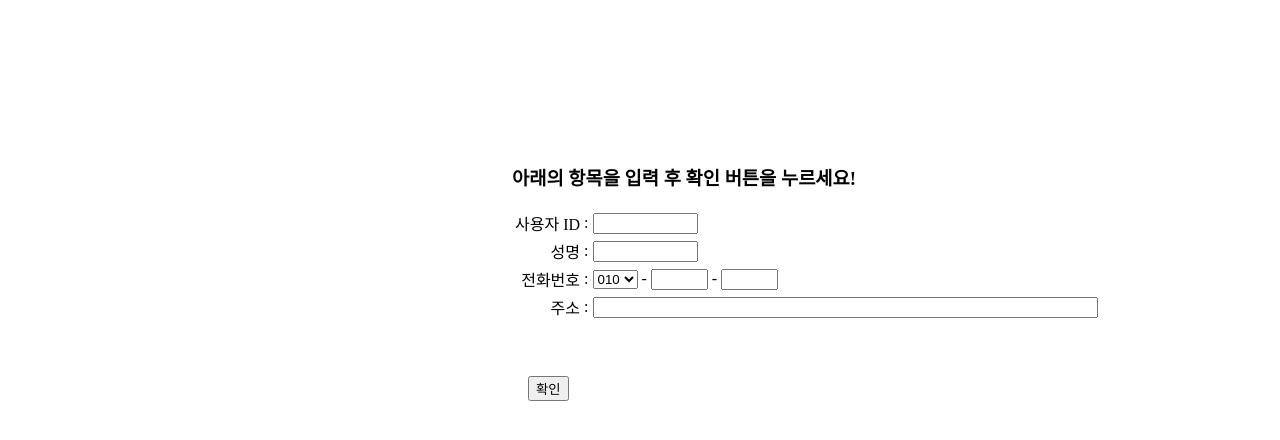
Repository: HyeogDo/Study_Java
Page: http://localhost/Quiz_04/insertLogin.jsp
These files come from the project's save history. The page is drawn as it stood at one moment and after the next save; the edit follows.
The browser window is 1280 px wide. The pictures show the whole page.
The page is served by Tomcat 9.

Above is the page before, as saved 2022-03-22 03:46:00.

### Servlets/Quiz_04/src/main/webapp/insertLogin.jsp
<%@ page language="java" contentType="text/html; charset=UTF-8"
    pageEncoding="UTF-8"%>
<!DOCTYPE html>
<html>
	<head>
		<meta charset="UTF-8">
		<title>Insert title here</title>
	</head>
	<script type="text/javascript">
		function loginCheck() {
			var f = document.formLogin
			var regExpId = /^[a-z|A-Z|ㄱ-ㅎ|ㅏ-ㅣ|가-힣]/
			var regExpPhone = /^\d{3}-\d{3,4}-\d{4}$/
			var regExpName = /^[가-힣]*$/

			var id = f.userId.value
			if (id == ""){
				alert("아이디를 입력해 주세요")
				f.userId.select();
				return
			} else if (!regExpId.test(id)){
				alert("아이디는 문자로 시작해 주세요")
				f.userId.select();
				return
			}

			var name = f.userName.value
			if (name == ""){
				alert("이름을 입력해 주세요")
				f.userName.select();
				return
			}else if (!regExpName.test(name)){
				alert("이름은 한글만 입력해주세요")
				f.userName.select();
				return
			}

			var phone = f.phone1.value + "-" + f.phone2.value + "-" + f.phone3.value
			if (!regExpPhone.test(phone)){
				alert("연락처 입력을 확인해 주세요")
				f.phone2.select();
				return
			}

			var address = f.userAddress.value
			if (address == ""){
				alert("주소를 입력해 주세요")
				f.userAddress.select();
				return
			}
			f.submit()

		}
	</script>
	<body>
	<div style="position: absolute; left: 40%; top: 20%;">
		<h3><b>아래의 항목을 입력 후 확인 버튼을 누르세요!</b></h3>
		<form action="todbLogin.jsp" method="post" name="formLogin">
			<table>
				<tr>
					<td align="right">사용자 ID</td>
					<td> : <input type="text" name="userId" size="10"></td>
				</tr>
				<tr>
					<td align="right">성명</td>
					<td> : <input type="text" name="userName" size="10"></td>
				</tr>
				<tr>
					<td align="right">전화번호</td>
					<td> : <select name="phone1">
								<option value="010">010</option>
								<option value="011">011</option>
								<option value="016">016</option>
								<option value="017">017</option>
								<option value="018">018</option>
								<option value="019">019</option>
							</select>
							- <input type="text" maxlength="4" size="4" name="phone2">
							- <input type="text" maxlength="4" size="4" name="phone3">
					</td>
				</tr>
				<tr>
					<td align="right">주소</td>
					<td> : <input type="text" name="userAddress" size="60"></td>
				</tr>
			</table>
			<br>
			<br>
			<br>
			&emsp;<input type="button" value="확인" onclick="loginCheck()">
		</form>
		</div>
	</body>
</html>

After the next save:
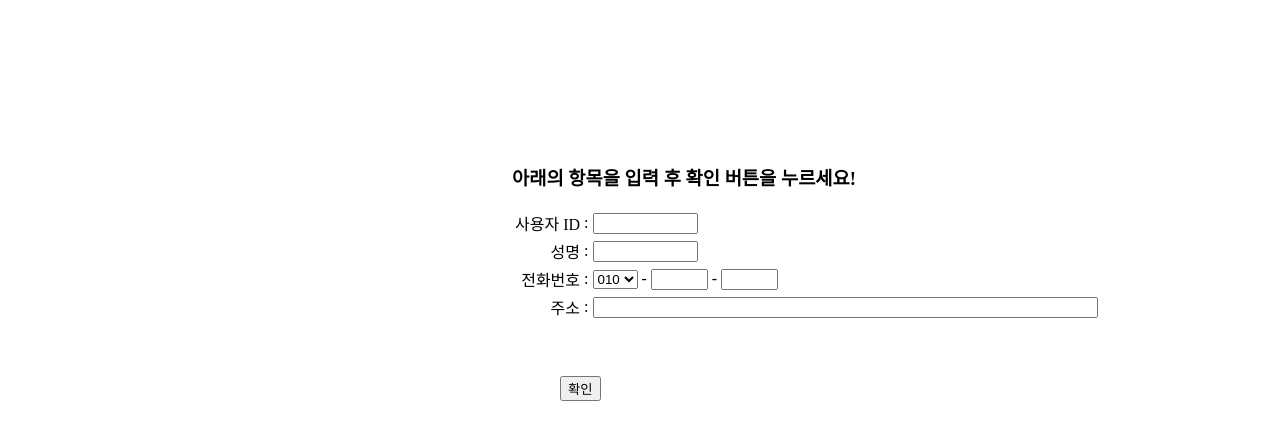
Saved 80 s later.
--- a/Servlets/Quiz_04/src/main/webapp/insertLogin.jsp
+++ b/Servlets/Quiz_04/src/main/webapp/insertLogin.jsp
@@ -87,7 +87,7 @@
 			<br>
 			<br>
 			<br>
-			&emsp;<input type="button" value="확인" onclick="loginCheck()">
+			&emsp;&emsp;&emsp;<input type="button" value="확인" onclick="loginCheck()">
 		</form>
 		</div>
 	</body>
